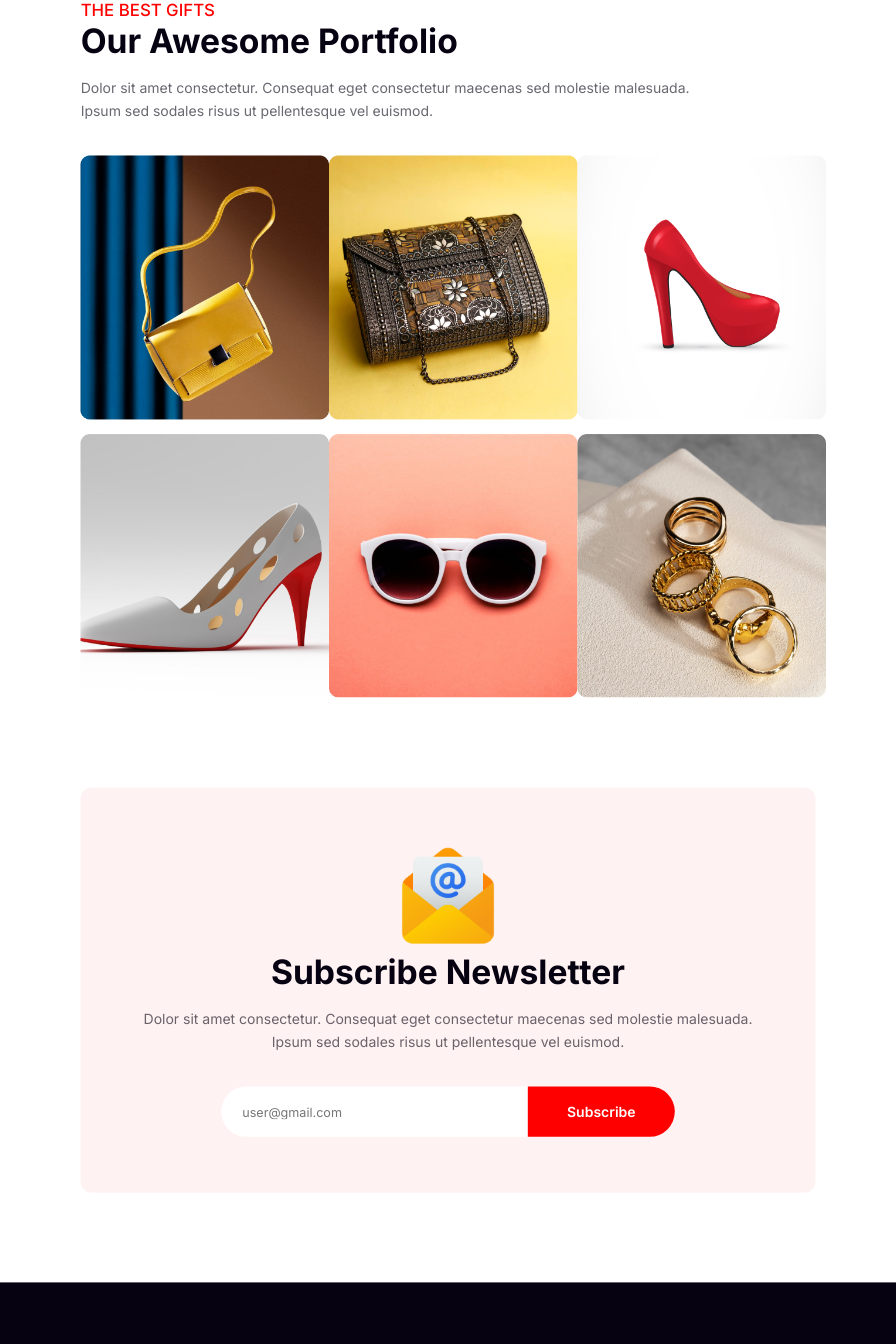
Repository: ShouravAhammed/simple-responsive-new-year
Page: index.html
The author's editor kept a copy of each file at every save. The page is drawn from the files as they stood at one save, then again after the next save.
The browser window is 1280 px wide. The pictures show the part of the page from y = 0 to 1920 px (the page is 2448 px tall before and 3448 px after), at 70% of full size.

Above is the page before, as saved 2024-01-11 15:39:50.

### index.html
<!DOCTYPE html>
<html lang="en">
<head>
    <meta charset="UTF-8">
    <meta name="viewport" content="width=device-width, initial-scale=1.0">
    <!-- Title  -->
    <title>New Year 2024</title>
    <!-- favicon icon linked -->
    <link rel="shortcut icon" href="images/New Year Photo.png" type="image/x-icon">
    <!-- style css linked-->
    <link rel="stylesheet" href="Style/style.css">
</head>
<body>
    <!-- header part  -->
    <header class="hide">
        <!-- banner section part -->
        <section id="banner">
            <div class="container">
                <div class="banner-container">
                    <div class="banner-content">
                        <h3 class="celebration">Happy New Year</h3>
                        <h2 class="banner-title">New Year Party Celebration</h2>
                    </div>
                </div>
            </div>
        </section>
    </header>
    <!-- main part -->
    <main>
        <!-- categories section part  -->
            <section id="categories " class="hide">
                <div class="container">
                    <div class="categories-container">
                        <h2 class="categories-discount">65% OFF</h2>
                        <p class="primary-summery">OUR HOLIDAY DEALS ARE BETTER</p>
                        <h3 class="categories-title">ALL CATEGORIES</h3>
                        <div class="categories-img">
                            <img id="new-year-img" src="images/New Year Photo.png" alt="Happy New Year">
                        </div>
                    </div>
                </div>
            </section>

            <!-- party-banner section part -->
            <section id="party-banner" class="hide">
                <div class="container">
                    <div class="party-container">
                        <div class="party-content">
                            <h2 class="party-title">Welcome to midnight party</h2>
                            <p class="party-description">Dolor sit amet consectetur. Consequat eget consectetur maecenas sed molestie malesuada. Ipsum sed sodales risus ut pellentesque vel euismod. </p>
                            <button id="join-now-btn">JOIN NOW</button>
                        </div>
                        <img class="party-img" src="images/icon/Group 70.png" alt="party-img">
                    </div>
                </div>
            </section>
            <!-- Announce section part -->
            <section id="announce" class="hide">
                <div class="container">
                    <div class="announce-content">
                        <h4 class="announce-title"><span class="title-color">Place:</span> New Park Hotel</h4>
                        <h4 class="announce-title"><span class="title-color">Date:</span> 31 December Night 2023</h4>
                        <h4 class="announce-title"><span class="title-color">Time:</span> Evening 7.30 pm to 12.30 am</h4>
                        <button class="announce-btn">Join Now</button>
                    </div>
                </div>
            </section>
            <!-- best offer section part -->
            <section id="best-offer" class="hide">
                <div class="container">
                    <div class="best-offer-container">
                        <div class="best-offer-content">
                            <p class="primary-summery">NEW BEST OFFER</p>
                            <h3 class="similer-title">Coming Soon</h3>
                            <p class="similer-description">Dolor sit amet consectetur. Consequat eget consectetur maecenas sed molestie malesuada. Ipsum sed sodales risus ut pellentesque vel euismod. </p>
                        </div>
                        <div class="best-offer-img-content">

                                <img class="best-offer-img" src="images/Ellipse 1.png" alt="best-offer-images">

                        </div>
                        <div class="best-offer-year-content">
                            <h3 class="best-offer-year">2024</h3>
                            <p class="best-offer-description">Dolor sit amet consectetur. Consequat eget consectetur maecenas sed.</p>
                            <img class="best-offer-year-img" src="images/icon/Group 96.png" alt="best-offer-year-img">
                        </div>
                    </div>
                </div>
            </section>
            <!-- holiday section part  -->
            <section id="holiday" class="hide">
                <div class="container">
                    <div class="holiday-container">
                        <div class="holiday-content">
                            <p class="primary-summery">WHAT IS FUNCTIONAL</p>
                        <h3 class="similer-title"><span class="title-color">Holidays</span> Sale 50%</h3>
                        <p class="similer-description">Dolor sit amet consectetur. Consequat eget consectetur maecenas sed molestie malesuada. Ipsum sed
                            sodales risus ut pellentesque vel euismod. Eleifend nunc purus quam id
                            fermentum amet amet sit consectetur.</p>
                        </div>
                        <div class="holiday-back-img">
                            <div class="holiday-gift-content">
                                <img src="images/icon/Group 75.png" alt="">
                            </div>
                            <div class="holiday-discount-content">
                                <img src="images/icon/Group 44.png" alt="">
                            </div>
                        </div>
                        <div class="holiday-bottom">
                            <img src="images/Rectangle 2.png" alt="">
                        </div>
                    </div>
                </div>
            </section>
            <!-- Portfolio section part -->

            <section id="portfolio">
                <div class="container">
                    <div class="portfolio-container">
                        <div class="portfolio-box">
                            <p class="primary-summery">THE BEST GIFTS</p>
                            <h3 class="similer-title">Our Awesome Portfolio</h3>
                            <p class="similer-description description-padd">Dolor sit amet consectetur. Consequat eget consectetur maecenas sed molestie malesuada. Ipsum sed sodales risus ut pellentesque vel euismod. </p>
                        </div>
                            <div class="portfolio-content">
                                <img class="portfolio-img" src="images/Portfolio images/Rectangle 3.png" alt="">
                                <img class="portfolio-img" src="images/Portfolio images/Rectangle 4.png" alt="">
                                <img class="portfolio-img" src="images/Portfolio images/Rectangle 5.png" alt="">
                            </div>
                            <div class="portfolio-content">
                                <img class="portfolio-img" src="images/Portfolio images/Rectangle 6.png" alt="">
                                <img class="portfolio-img" src="images/Portfolio images/Rectangle 7.png" alt="">
                                <img class="portfolio-img" src="images/Portfolio images/Rectangle 8.png" alt="">
                            </div>
                        </div>
                    </div>
            </section>
            <!-- newsletter section part -->
            <section id="newsletter">
                <div class="container">
                    <div class="news-container">
                        <div class="news-content">
                            <img src="images/icon/Group 61.png" alt="">
                            <h3 class="similer-title">Subscribe Newsletter</h3>
                            <p class="similer-description description-mar">Dolor sit amet consectetur. Consequat eget consectetur maecenas sed molestie malesuada. Ipsum sed sodales risus ut pellentesque vel euismod. </p>
                            <form class="form" action="">
                                <input type="email" placeholder="user@gmail.com" alt="email" id="">
                                <button class="subscribe-btn">Subscribe</button>
                            </form>
                        </div>

                    </div>
                </div>
            </section>
    </main>
    <!--  footer part -->
    <footer>
        <section id="footer">
            <div class="container">
                <div class="footer-describe-part line-color">
                    <div class="footer-address">
                        <p class="address-similer">44, Big Building Roosevelt Street</p>
                        <p class="address-similer">Beach Gardens Florida 33410</p>
                    </div>
                    <div class="footer-address">
                        <div class="call-icon">
                            <img src="images/icon/Call.png" alt="">
                            <a class="address-similer">+00 123 584 124</a>
                        </div>
                        <div class="website-icon">
                            <img src="images/icon/Website.png" alt="">
                            <a class="address-similer">www.website.com</a>
                        </div>
                    </div>
                </div>

                <div class="footer-social line-color">
                    <a href=""><img src="images/icon/Facebook.png" alt=""></a>
                    <a href=""><img src="images/icon/Instagram.png" alt=""></a>
                    <a href=""><img src="images/icon/Twitter.png" alt=""></a>
                    <a href=""><img src="images/icon/Linkedin.png" alt=""></a>
                </div>

                <div class="reserved">
                    <p>2017, All Rights Reserved.</p>
                    <p>Unsubscribe</p>
                </div>
            </div>
        </section>
    </footer>
</body>
</html>

### Style/style.css
/* import google fonts */
@import url('https://fonts.googleapis.com/css2?family=Inter:wght@100;200;300;400;500;600;700;800;900&family=Merriweather:ital,wght@0,300;0,400;0,700;0,900;1,300;1,400;1,700;1,900&display=swap');

*{
    margin: 0;
    padding: 0;
    outline: 0;
}

.container{
    width: 82%;
    margin: 0 auto;
}
/* primary content */
.primary-summery{
    font-family: Inter;
    font-size: 24px;
    font-style: normal;
    font-weight: 500;
    color: #F00;
    line-height: normal;
}
/* title-color */
.title-color{
    color: #F00;
}
/* banner section related css style */
#banner{
    margin-top: 30px;
}
.banner-container{
    background-image: linear-gradient(180deg, #070211 0%, rgba(7, 2, 17, 0.00) 100%), url(../images/Banner\ Image.png);
    background-size: cover;
    background-repeat: no-repeat;
    background-position: center;
    border-radius: 16px;
    padding: 177px 0px;
}
.banner-container .banner-content{
    width: 632px;
    margin: 0 auto;
}
.banner-container .banner-content .celebration{
    color: #FFF;
    text-align: center;
    font-family: Merriweather;
    font-size: 32px;
    font-style: normal;
    font-weight: 400;
    line-height: normal;
    margin-bottom: 16px;
    z-index: 99;
}
.banner-container .banner-content .banner-title{
    color: #FFF;
    text-align: center;
    font-family: Merriweather;
    font-size: 72px;
    font-style: normal;
    font-weight: 900;
    line-height: 95px;
}
/* categories section related css style */

#categories{
    margin: 120px 0px;
}
.categories-container{
    text-align: center;
}
.categories-container .categories-discount{
    font-family: Inter;
    font-size: 88px;
    font-style: normal;
    font-weight: 700;
    color: #F00;
    line-height: normal;
    margin-bottom: 48px;
}

.categories-title{
    font-family: Inter;
    font-size: 48px;
    font-style: normal;
    font-weight: 700;
    color: #070211;
    line-height: normal;
    margin-bottom: 48px;
}
.categories-container .categories-img{
    width: 800px;
    margin: 0 auto;
}
.categories-img #new-year-img{
    max-width: 100%;
}

/* party-banner section css style  */
#party-banner{

}
.party-container{
    background-image: linear-gradient(90deg, #070211 0%, rgba(7, 2, 17, 0.00) 100%), url(../images/Vectorrr.png);
    background-position: center;
    background-repeat: no-repeat;
    background-size: cover;
    display: flex;
    align-items: center;
    justify-content: space-between;
    border-radius: 16px;
    padding: 70px 70px;
}
.party-container .party-content{
    width: 900px;
}
.party-content .party-title{
    font-family: Merriweather;
    font-size: 64px;
    font-style: normal;
    font-weight: 900;
    color: #FFF;
    line-height: 88px;
    letter-spacing: 3px;
}
.party-content .party-description{
    font-family: Inter;
    font-size: 18px;
    font-style: normal;
    font-weight: 400;
    color: rgba(255, 255, 255, 0.80);
    line-height: 30px;
    margin-top: 20px;
}
#join-now-btn{
    font-family: Inter;
    font-size: 20px;
    font-style: normal;
    font-weight: 700;
    color: #FFF;
    background: transparent;
    line-height: normal;
    text-transform: uppercase;
    border: none;
    cursor: pointer;
    margin-top: 48px;
    margin-left: 32px;
}
.party-container .party-img{
    width: 270px;
    max-width: 100%;
}

/* Announce section css style */

#announce{
    margin: 120px 0px;
}
.announce-content{
    background: linear-gradient(180deg, rgba(255, 0, 0, 0.10) 0%, rgba(255, 0, 0, 0.00) 100%);
    padding: 100px 0;
    text-align: center;
}
.announce-content .announce-title{
    color: #070211;
    font-family: Inter;
    font-size: 32px;
    font-style: normal;
    font-weight: 600;
    line-height: 56px;
    text-transform: capitalize;
}
.announce-btn{
    font-family: Inter;
    font-size: 20px;
    font-style: normal;
    font-weight: 700;
    line-height: normal;
    color: #FFF;
    text-align: center;
    text-transform: uppercase;
    border-radius: 8px;
    background: #F00;
    padding: 16px 32px;
    border: none;
    cursor: pointer;
    transition: all ease 0.5s;
    margin-top: 48px;
}
.announce-btn:hover{
    background: #fff;
    color: #f00;
    outline: 1px solid #F00;
}
/* best-offer section style css */
#best-offer{
    margin-bottom: 128px;
}
.similer-title{
    font-family: Inter;
    font-size: 48px;
    font-style: normal;
    font-weight: 700;
    color: #070211;
    line-height: normal;
}
.similer-description{
    font-family: Inter;
    font-size: 20px;
    font-style: normal;
    font-weight: 400;
    color: rgba(7, 2, 17, 0.60);
    line-height: 32px;
    margin-top: 22px;
}
.best-offer-container{
    display: flex;
    align-items: center;
    gap: 20px;
}
.best-offer-content{
    width: 700px;
}
.best-offer-img-content{
    min-height: 350px;
    min-width: 350px;
    border: 15px solid #f00;
    border-radius: 50%;
    position: relative;
    position: relative;
}
.best-offer-img-content .best-offer-img{
    position: absolute;
    width: 270px;
    inset: 41px;
}
.best-offer-year-content .best-offer-year{
    font-family: Inter;
    font-size: 48px;
    font-style: normal;
    font-weight: 700;
    color: #F00;
    line-height: normal;
    margin-top: 65px;
}
.best-offer-year-content .best-offer-description{
    margin-top: 10px !important;

}
.best-offer-year-content{
    width: 500px;
}
.best-offer-year-content .best-offer-year-img{
    max-width: 140px;
    margin-top: 38px;
}


/*  portfolio section css style */
.portfolio-container{

}
.portfolio-container .description-padd{
    margin-bottom: 48px ;
}
.portfolio-container .portfolio-content{
    display: flex;
    align-items: center;
    justify-content: space-between;
    margin-top: 20px;
}
.portfolio-box{
    width: 896px;
}
.portfolio-container .portfolio-content .portfolio-img{
    max-width: 355px;
    transition: all ease 0.5s;
}
.portfolio-content .portfolio-img:hover{
    filter: grayscale(1);
    transform: scale(1.05);
}
/* newsletter section css style  */
#newsletter{
    margin: 128px 0px;
}
.news-container{
    border-radius: 16px;
    background: rgba(255, 0, 0, 0.05);
    padding: 80px 0px;
}
.news-content{
    width: 896px;
    margin: 0 auto;
    text-align: center;
}
.news-content img{
    width: 150px;
    height: 150px;
}
.form{
    width: 648px;
    height: 72px;
    display: flex;
    margin: 0 auto;
}
.form input{
    background: #fff;
    width: 438px;
    flex-grow: 1;
    color: rgba(7, 2, 17, 0.30);
    font-family: Inter;
    font-size: 18px;
    font-style: normal;
    font-weight: 400;
    line-height: normal;
    padding-top: 25px;
    padding-bottom: 25px;
    padding-left: 30px;
    border: none;
    border-radius: 50px 0px 0px 50px;
    outline: 1px transparent;
    transition: all ease 0.5s;
}
.form input:hover{
    outline: 1px solid #f00;
}
.form .subscribe-btn{
    color: #FFF;
    font-family: Inter;
    font-size: 20px;
    font-style: normal;
    font-weight: 600;
    line-height: normal;
    text-transform: capitalize;
    border-radius: 0px 50px 50px 0px;
    background: #F00;
    padding: 24px 56px;
    border: none;
    transition: all ease 0.5s;
}
.form .subscribe-btn:hover{
    outline: 1px solid #f00;
    background: #fff;
    color: #f00;
}
.description-mar{
    margin-bottom: 48px;
}
/* footer section part css style */

#footer{
    background: #070211;
    padding: 120px 0;
}
.line-color{
    border-bottom: 1px solid rgba(255, 255, 255, 0.15);
}
.footer-describe-part{
    display: flex;
    justify-content: space-between;
}
.footer-address{
    margin-bottom: 50px;
}
.footer-address .address-similer {
    color: #FFF;
    font-family: Inter;
    font-size: 24px;
    font-style: normal;
    font-weight: 500;
    line-height: 40px;
    text-decoration: none;
    cursor: pointer;
}
.call-icon, .website-icon{
    display: flex;
    align-items: center;
}
.call-icon img, .website-icon img{
    width: 24px;
    margin-right: 15px;
}

.footer-social{
    text-align: center;
    padding: 48px 0;
}
.footer-social a{
    width: 64px;
    margin-right: 24px;
}
.footer-social a:hover{
    filter: grayscale(1);
}

.reserved{
    display: flex;
    justify-content: space-between;
    align-items: center;
    margin-top: 50px;
}
.reserved p{
    color: #FFF;
    font-family: Inter;
    font-size: 24px;
    font-style: normal;
    font-weight: 500;
    line-height: normal;
}



/* holiday section css style */
#holiday{
    margin-bottom: 128px;
}
.holiday-container{
    text-align: center;
}
.holiday-container .holiday-content{
    width: 920px;
    margin: 0 auto;
}
.holiday-back-img{
    display: flex;
    align-items: center;
    margin-top: 48px;
    background-image: url(../images/Rectangle\ 1.png);
    background-repeat: no-repeat;
    background-size: contain;
    height: 60vh;
    background-position: bottom right;
}
.holiday-back-img .holiday-gift-content {
    width: 600px;
    position: relative;
    bottom: -110px;
    left: 50px;
}
.holiday-back-img .holiday-gift-content img{
    max-width: 100%;
}
.holiday-back-img .holiday-discount-content{
    width: 250px;
}
.holiday-back-img .holiday-discount-content img{
    max-width: 100%;
}
.holiday-bottom img{
    width: 100%;
}


/* responsive */
.hide{
    display: none;
}
@media screen and (max-width: 576px){
    .news-content {
        width: 100%;
    }
    .similer-description {
        padding: 0px 10px;
    }
    .portfolio-box, .form, .form input {
        width:  100%;
    }
    .form .subscribe-btn {
        padding: 24px 20px;
    }
    .portfolio-container .portfolio-content, .footer-describe-part {
        flex-direction: column;
    }
    .footer-social a {
        margin-right: 10px;
    }
    .reserved {
        margin-top: 50px;
        flex-direction: column;
    }
    .portfolio-container .portfolio-content .portfolio-img {
        width: 100%;
    }
    .portfolio-container .portfolio-content {
        gap: 20px;
    }
}

After the next save:
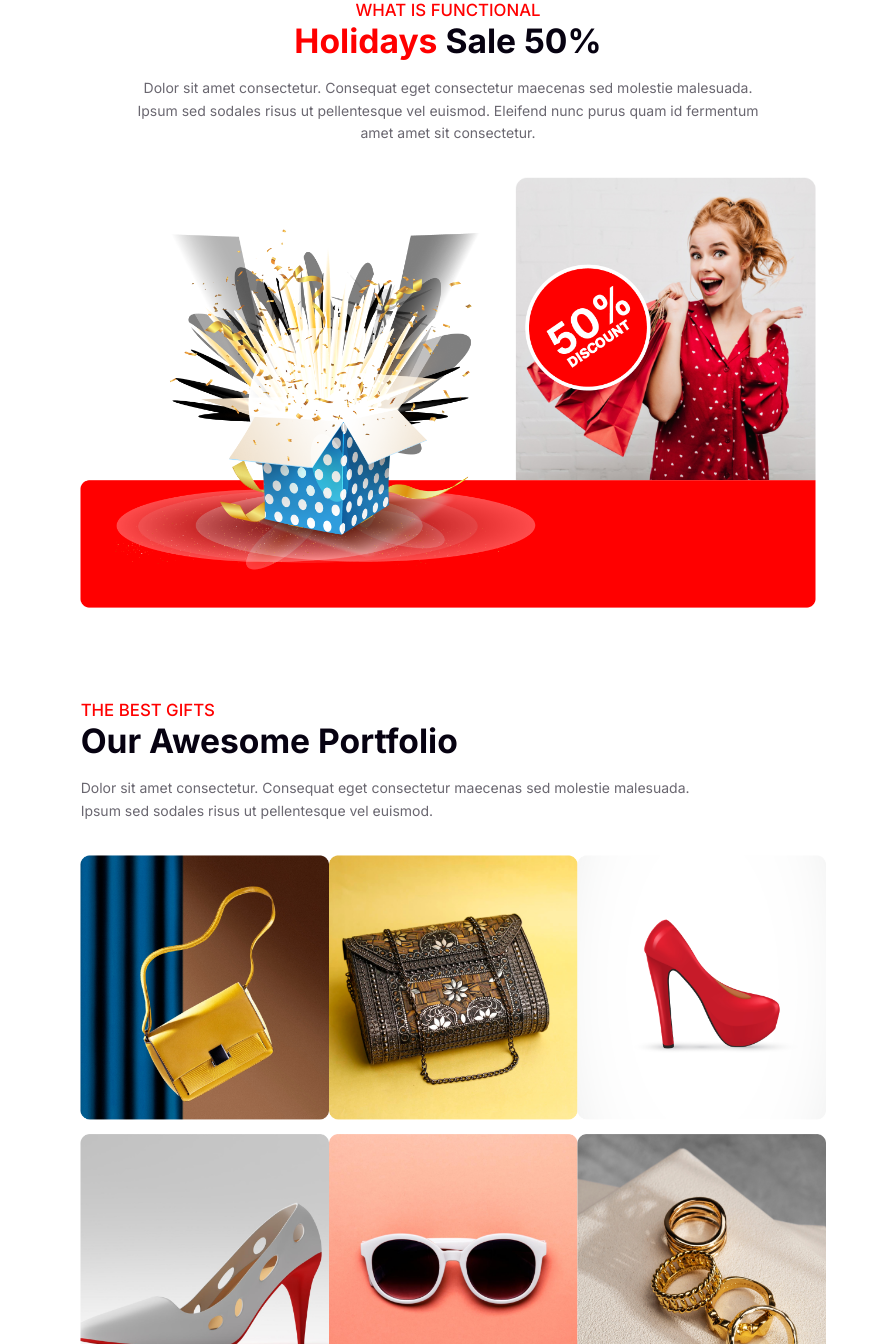
Saved 28 min 19 s later.
--- a/index.html
+++ b/index.html
@@ -88,7 +88,7 @@
                 </div>
             </section>
             <!-- holiday section part  -->
-            <section id="holiday" class="hide">
+            <section id="holiday" >
                 <div class="container">
                     <div class="holiday-container">
                         <div class="holiday-content">
